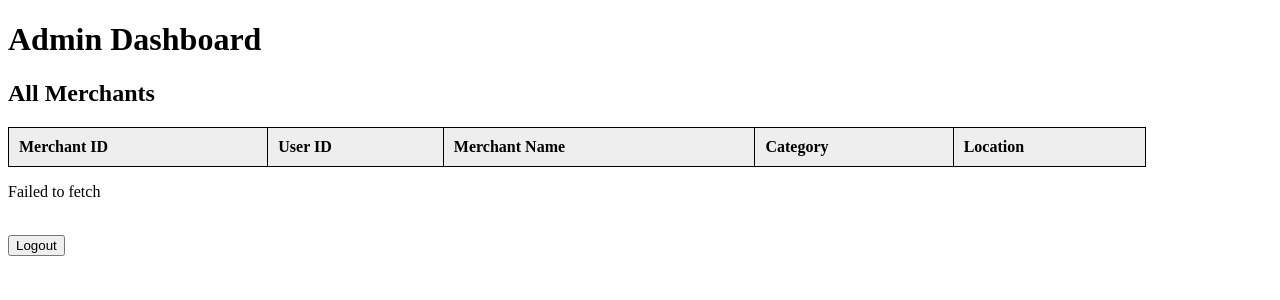
Repository: anusha-muthu/Credit-card-management
Page: Merchant/src/main/resources/static/admin_home.html
An editor plug-in stored every save of this project. The page is shown before and after the next save, followed by the edit.
The browser window is 1280 px wide. The pictures show the whole page.
The page's requests for data from a server got no answer.

Above is the page before, as saved 2026-09-27 11:47:52.

After the next save:
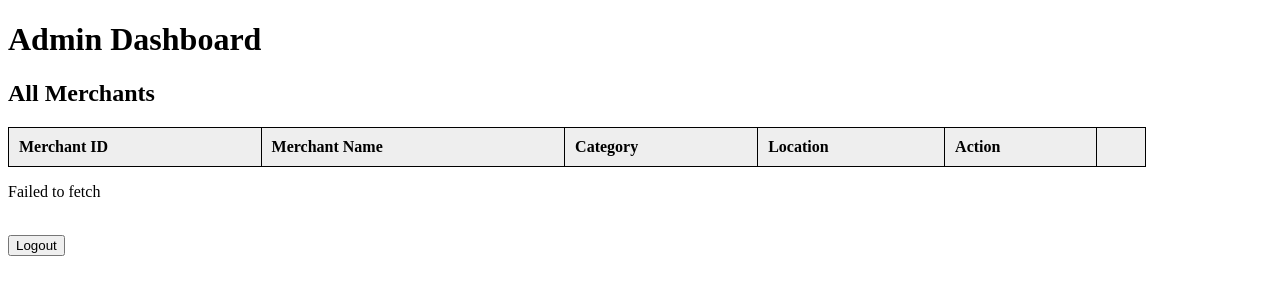
Saved 74 s later.
--- a/Merchant/src/main/resources/static/admin_home.html
+++ b/Merchant/src/main/resources/static/admin_home.html
@@ -34,10 +34,10 @@
         <thead>
             <tr>
                 <th>Merchant ID</th>
-                <th>User ID</th>
                 <th>Merchant Name</th>
                 <th>Category</th>
                 <th>Location</th>
+                <th>Action<th>
             </tr>
         </thead>
 
